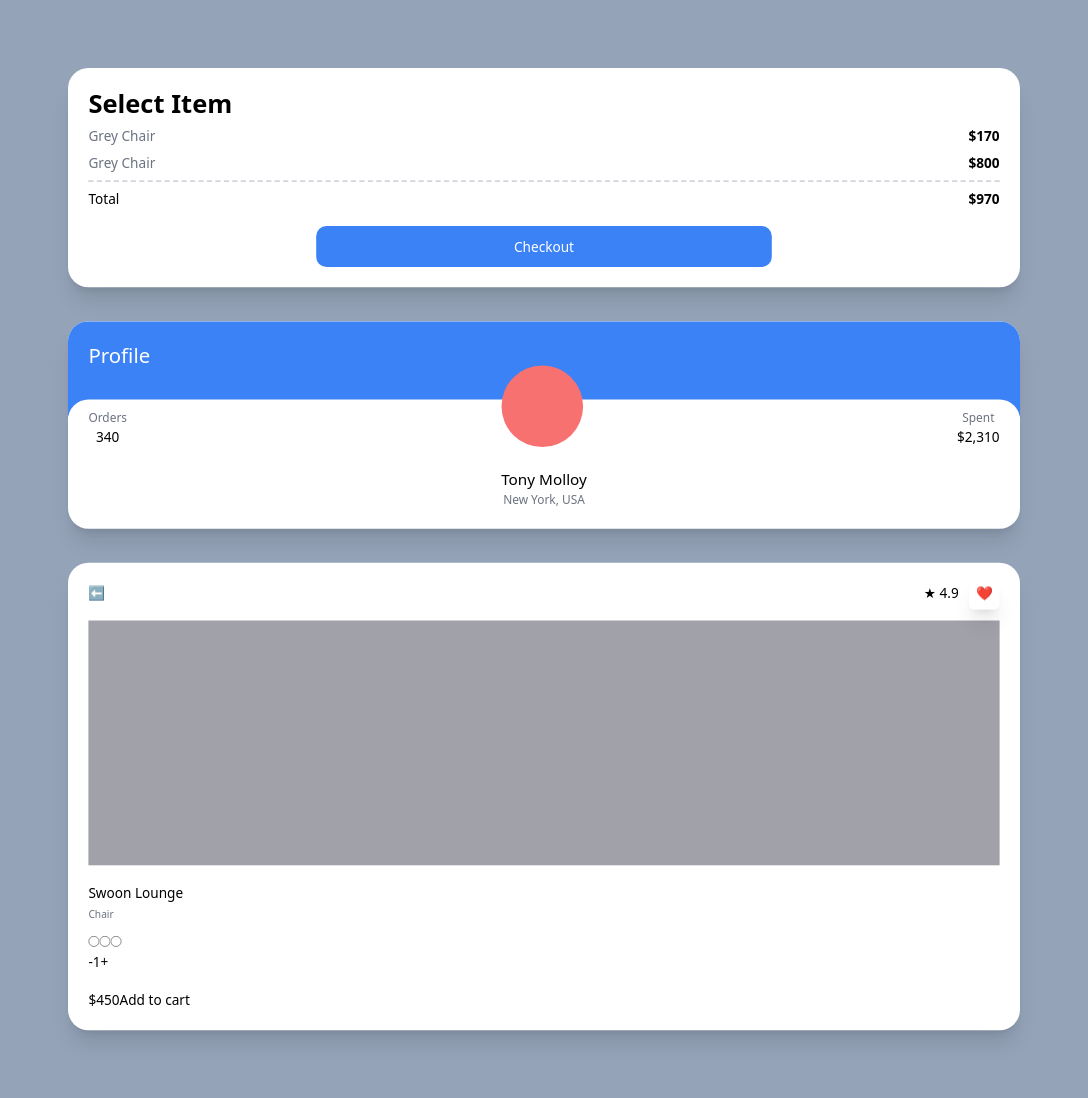
Repository: pjk0007/nextjs-carrot-marcket
Page: /
The author's editor kept a copy of each file at every save. The page is drawn from the files as they stood at one save, then again after the next save.
The browser window is 1280 px wide. The pictures show the whole page, at 85% of full size.
The project was rebuilt for these pictures with package versions that can differ from the ones it lists, and the page was loaded fresh each time. The framework's server and built-in components were replaced by stand-ins that run in the browser. Also part of the build but not shown: next.config.js.

Above is the page before, as saved 2022-04-30 13:27:48.

### pages/index.tsx
import type { NextPage } from 'next'
const Home: NextPage = () => {
  return (
    <div className='bg-slate-400 py-20 px-20 grid gap-10 min-h-screen'>
      <div className='bg-white p-6 rounded-3xl shadow-xl'>
        <span className='font-semibold text-3xl'>Select Item</span>
        <div className='flex justify-between my-2'>
          <span className='text-gray-500'>Grey Chair</span>
          <span className='font-semibold'>$170</span>
        </div>
        <div className='flex justify-between'>
          <span className='text-gray-500'>Grey Chair</span>
          <span className='font-semibold'>$800</span>
        </div>
        <div className='flex justify-between mt-2 pt-2 border-t-2 border-dashed border-gray-300'>
          <span>Total</span>
          <span className='font-semibold'>$970</span>
        </div>
        <div className='mt-5 bg-blue-500 text-white p-3 text-center rounded-xl w-1/2 mx-auto'>Checkout</div>
      </div>

      <div className='bg-white overflow-hidden rounded-3xl shadow-xl'>
        <div className='bg-blue-500 p-6 pb-14'>
          <span className='text-white text-2xl'>Profile</span>
        </div>
        <div className='rounded-3xl p-6 relative -top-5 bg-white'>
          <div className='flex relative -top-16 items-end justify-between'>
            <div className='flex flex-col items-center'>
              <span className='text-sm text-gray-500'>Orders</span>
              <span className='font-medium'>340</span>
            </div>
            <div className='h-24 w-24 bg-red-400 rounded-full'/>
            <div className='flex flex-col items-center'>
              <span className='text-sm text-gray-500'>Spent</span>
              <span className='font-medium'>$2,310</span>
            </div>
          </div>
          <div className='flex flex-col items-center -mt-10 -mb-5'>
            <span className='text-lg font-medium'>Tony Molloy</span>
            <span className='text-sm text-gray-500'>New York, USA</span>
          </div>
        </div>
      </div>

      <div className='bg-white p-6 rounded-3xl shadow-xl'>
        <div className='flex mb-5 justify-between items-center'>
          <span>⬅</span>
          <div className='space-x-3'>
            <span>★ 4.9</span>
            <span className='shadow-xl p-2 rounded-md'>❤️</span>
          </div>
        </div>
        <div className='bg-zinc-400 h-72 mb-5'/>
        <div className='flex flex-col'>
          <span className='font-medium mb-1.5'>Swoon Lounge</span>
          <span className='text-xs text-gray-500'>Chair</span>
          <div className='mt-3 mb-5'>
            <div>
              <input type="radio" />
              <input type="radio" />
              <input type="radio" />
            </div>
            <div>
              <button>-</button>
              <span>1</span>
              <button>+</button>
            </div>
          </div>
          <div>
            <span>$450</span>
            <button>Add to cart</button>
          </div>
        </div>
      </div>
    </div>
  );
}

export default Home

### tailwind.config.js
module.exports = {
  content: [
    "./pages/**/*.{js,jsx,ts,tsx}",
    "./components/**/*.{js,jsx,ts,tsx}"
  ],
  theme: {
    extend: {},
  },
  plugins: [],
}

Loaded but not shown: pages/_app.tsx (common file); styles/globals.css (common file)

After the next save:
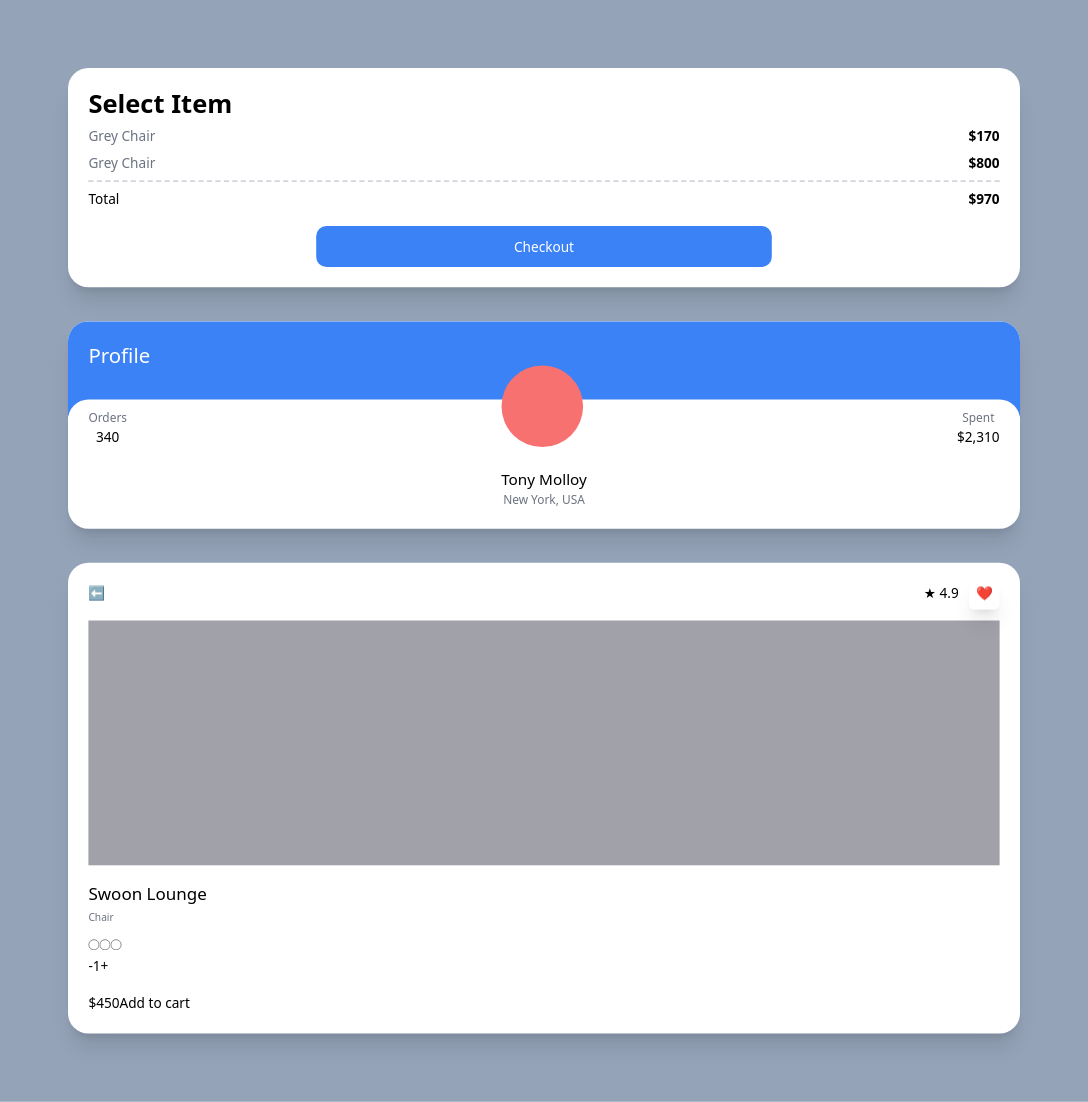
Saved 11 s later.
--- a/pages/index.tsx
+++ b/pages/index.tsx
@@ -52,7 +52,7 @@ const Home: NextPage = () => {
         </div>
         <div className='bg-zinc-400 h-72 mb-5'/>
         <div className='flex flex-col'>
-          <span className='font-medium mb-1.5'>Swoon Lounge</span>
+          <span className='font-medium mb-1.5 text-xl'>Swoon Lounge</span>
           <span className='text-xs text-gray-500'>Chair</span>
           <div className='mt-3 mb-5'>
             <div>
